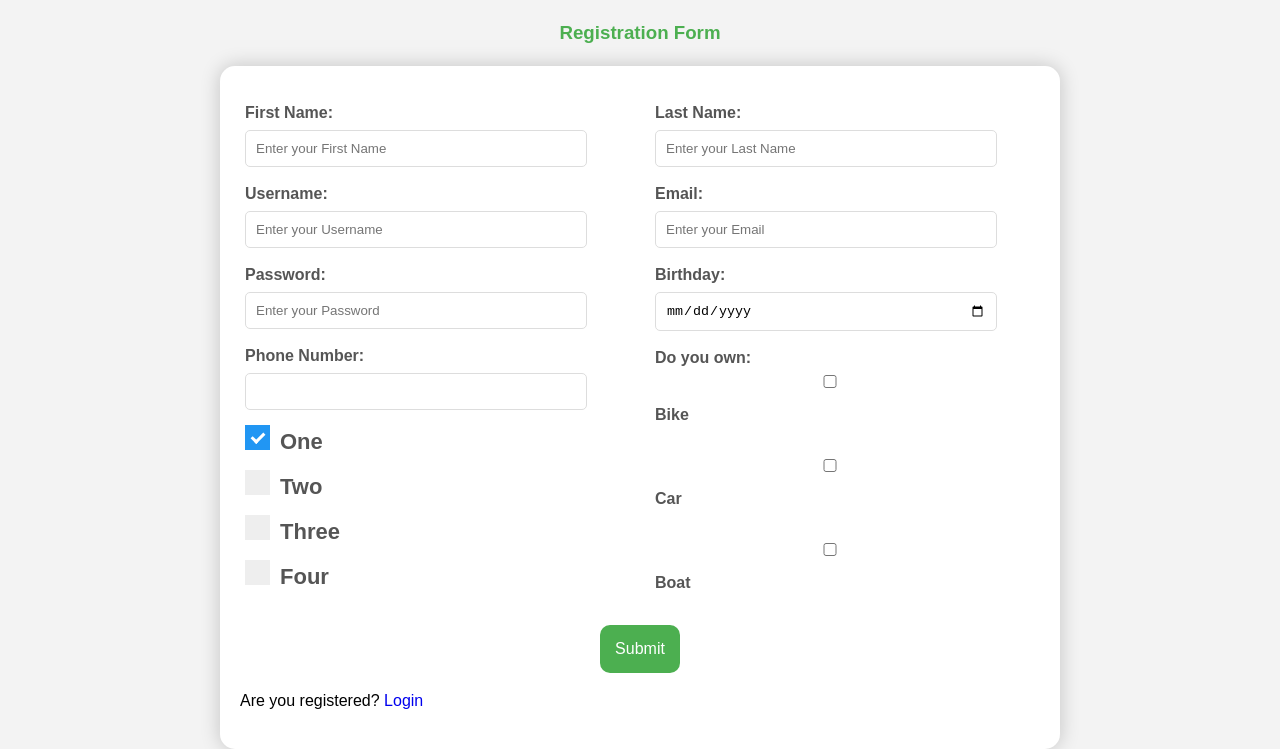
Repository: alizey12/Regestratin-Form-js
Page: regester.html
These files come from the project's save history. The page is drawn as it stood at one moment and after a run of saves; the edit follows.
The browser window is 1280 px wide. The pictures show the whole page.
The first `.container input` is checked.

Above is the page before, as saved 2024-11-29 18:46:18.

### regester.html
<!DOCTYPE html>
<html lang="en">
<head>
    <meta charset="UTF-8">
    <meta name="viewport" content="width=device-width, initial-scale=1.0">
    <link rel="stylesheet" href="regester.css">
    <title>Registration Form</title>
</head>
<body>
    <h3>Registration Form</h3>
    <div class="main">
        <form action="">
            <div class="grid-container">
                <div>
                    <label for="first">First Name:</label>
                    <input type="text" id="first" name="first" placeholder="Enter your First Name" required>

                    <label for="username">Username:</label>
                    <input type="text" id="username" name="username" placeholder="Enter your Username" required>

                    <label for="password">Password:</label>
                    <input type="password" id="password" name="password" placeholder="Enter your Password" required>

                    <label for="quantity">Phone Number:</label>
                    <input type="number" id="quantity" name="quantity" min="1" max="15">

                    <label class="container">One
                        <input type="checkbox" checked="checked">
                        <span class="checkmark"></span>
                      </label>

                      <label class="container">Two
                        <input type="checkbox">
                        <span class="checkmark"></span>
                      </label>

                      <label class="container">Three
                        <input type="checkbox">
                        <span class="checkmark"></span>
                      </label>

                      <label class="container">Four
                        <input type="checkbox">
                        <span class="checkmark"></span>
                      </label>


                </div>
                <div>
                    <label for="second">Last Name:</label>
                    <input type="text" id="second" name="second" placeholder="Enter your Last Name" required>

                    <label for="email">Email:</label>
                    <input type="email" id="email" name="email" placeholder="Enter your Email" required>

                    <label for="birthday">Birthday:</label>
                    <input type="date" id="birthday" name="birthday">

                    <label>Do you own:</label>
                    <input type="checkbox" id="vehicle1" name="vehicle1" value="Bike">
                    <label for="vehicle1">Bike</label><br>
                    <input type="checkbox" id="vehicle2" name="vehicle2" value="Car">
                    <label for="vehicle2">Car</label><br>
                    <input type="checkbox" id="vehicle3" name="vehicle3" value="Boat">
                    <label for="vehicle3">Boat</label>
                </div>
            </div>
            <div class="wrap">
                <button type="submit">Submit</button>
            </div>
        </form>
        <p>Are you registered?
            <a href="signin.html" style="text-decoration: none;">Login</a>
        </p>
    </div>
</body>
</html>

### regester.css
body {
    display: flex;
    align-items: center;
    justify-content: center;
    font-family: sans-serif;
    line-height: 1.5;
    min-height: 100vh;
    background: #f3f3f3;
    flex-direction: column;
    margin: 0;
}

.main {
    background-color: #fff;
    border-radius: 15px;
    box-shadow: 0 0 20px rgba(0, 0, 0, 0.2);
    padding: 20px;
    transition: transform 0.2s;
    width: 800px;
}

h3 {
    color: #4CAF50;
    text-align: center;
}

label {
    display: block;
    margin-top: 10px;
    margin-bottom: 5px;
    text-align: left;
    color: #555;
    font-weight: bold;
}

input {
    display: block;
    width: 90%;
    margin-bottom: 15px;
    padding: 10px;
    box-sizing: border-box;
    border: 1px solid #ddd;
    border-radius: 5px;
}

button {
    padding: 15px;
    border-radius: 10px;
    margin-top: 15px;
    border: none;
    color: white;
    cursor: pointer;
    background-color: #4CAF50;
    font-size: 16px;
}

.wrap {
    display: flex;
    justify-content: center;
    align-items: center;
}

.grid-container {
    display: grid;

    grid-template-columns: 1fr 1fr;
    gap: 20px;
}

.grid-container div {
    padding: 5px;
}


/* Customize the label (the container) */
.container {
    display: block;
    position: relative;
    padding-left: 35px;
    margin-bottom: 12px;
    cursor: pointer;
    font-size: 22px;
    -webkit-user-select: none;
    -moz-user-select: none;
    -ms-user-select: none;
    user-select: none;
  }

  /* Hide the browser's default checkbox */
  .container input {
    position: absolute;
    opacity: 0;
    cursor: pointer;
    height: 0;
    width: 0;
  }

  /* Create a custom checkbox */
  .checkmark {
    position: absolute;
    top: 0;
    left: 0;
    height: 25px;
    width: 25px;
    background-color: #eee;
  }

  /* On mouse-over, add a grey background color */
  .container:hover input ~ .checkmark {
    background-color: #ccc;
  }

  /* When the checkbox is checked, add a blue background */
  .container input:checked ~ .checkmark {
    background-color: #2196F3;
  }

  /* Create the checkmark/indicator (hidden when not checked) */
  .checkmark:after {
    content: "";
    position: absolute;
    display: none;
  }

  /* Show the checkmark when checked */
  .container input:checked ~ .checkmark:after {
    display: block;
  }

  /* Style the checkmark/indicator */
  .container .checkmark:after {
    left: 9px;
    top: 5px;
    width: 5px;
    height: 10px;
    border: solid white;
    border-width: 0 3px 3px 0;
    -webkit-transform: rotate(45deg);
    -ms-transform: rotate(45deg);
    transform: rotate(45deg);
  }

After the next 2 saves:
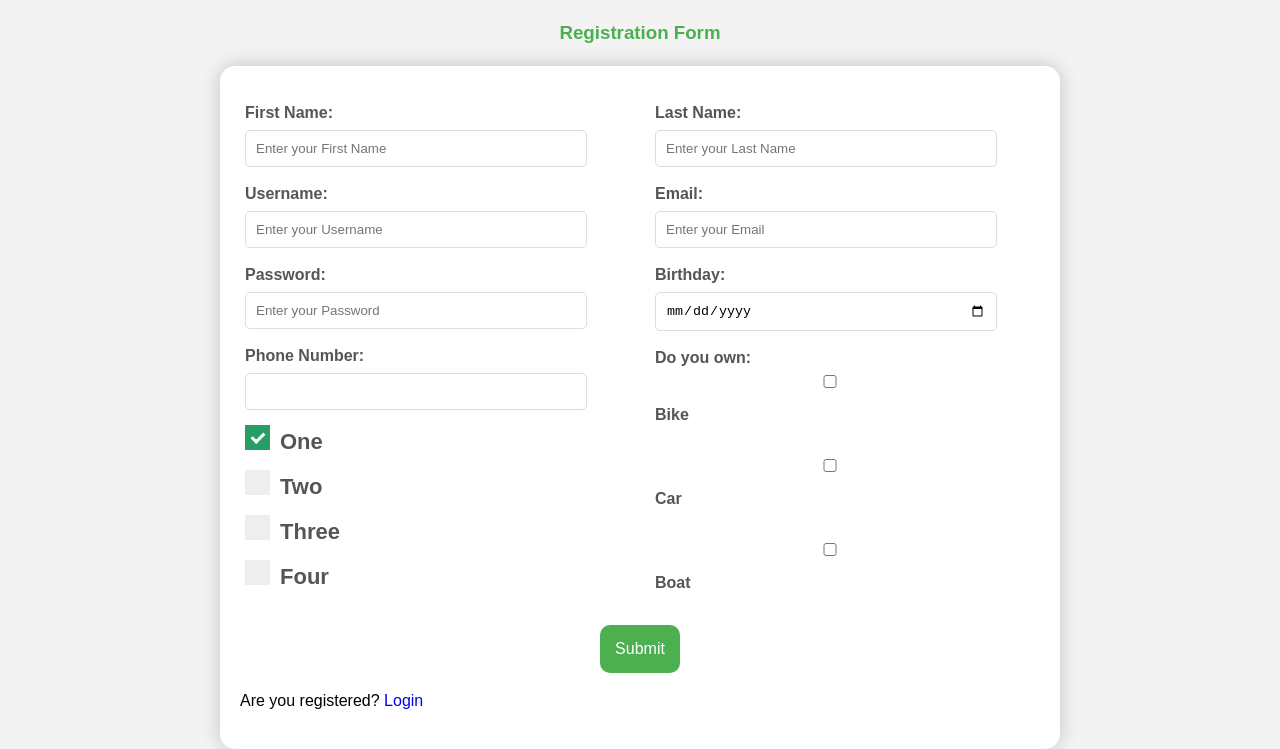
The 2 saves are shown as one change because they came seconds apart.
The last was saved 24 s later.
--- a/regester.css
+++ b/regester.css
@@ -112,7 +112,7 @@ button {
 
   /* When the checkbox is checked, add a blue background */
   .container input:checked ~ .checkmark {
-    background-color: #2196F3;
+    background-color: #279e63;
   }
 
   /* Create the checkmark/indicator (hidden when not checked) */
